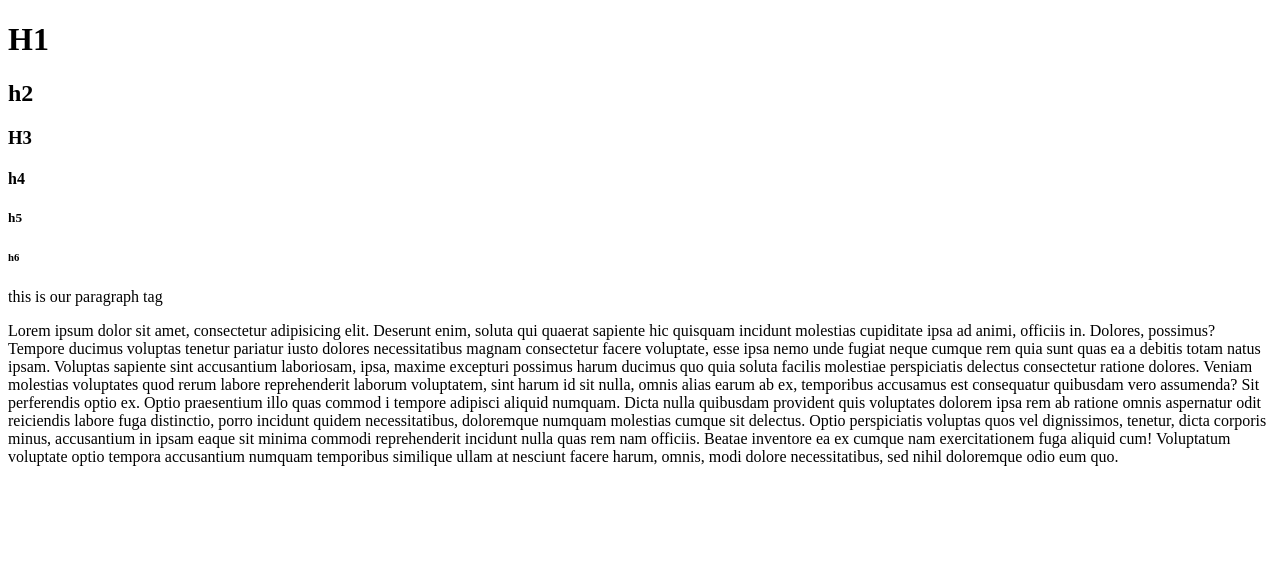
Repository: Ifenna-Pascal/firstRepo
Page: index.html
The author's editor kept a copy of each file at every save. The page is drawn from the files as they stood at one save, then again after the next save.
The browser window is 1280 px wide. The pictures show the whole page.

Above is the page before, as saved 2023-07-14 11:50:13.

### index.html
<!DOCTYPE html>
<html lang="eng">
<head>
<title>Codeville</title>
<meta name="description" content="this is an introduction page site">
<link rel="stylesheet" href="./about/about.css">
<style>
</style>
</head>
<body>
    <!-- THESE ARE OUR HEADER TAGS H1-H6 -->
    <h1>H1</h1>
    <h2>h2</h2>
    <h3>H3</h3>
    <h4>h4</h4>
    <h5>h5</h5>
    <h6>h6</h6>
    <!-- THIS IS OUR PARAGRAPH TAG -->
    <p>this is our paragraph tag</p>
    <article>
        Lorem ipsum dolor sit amet, consectetur adipisicing elit. Deserunt enim,
         soluta qui quaerat sapiente hic quisquam incidunt molestias cupiditate
         ipsa ad animi, officiis in. Dolores, possimus? Tempore ducimus voluptas
          tenetur pariatur iusto dolores necessitatibus magnam consectetur facere
           voluptate, esse ipsa nemo unde fugiat neque cumque rem quia sunt quas ea a debitis totam natus ipsam. Voluptas sapiente sint
            accusantium laboriosam, ipsa, maxime excepturi possimus harum ducimus quo quia soluta facilis molestiae perspiciatis delectus consectetur ratione
             dolores. Veniam molestias voluptates quod rerum labore reprehenderit laborum voluptatem, sint harum id sit nulla, omnis alias earum ab ex, temporibus accusamus est consequatur quibusdam vero assumenda? Sit perferendis optio ex. Optio praesentium illo quas commod
             i tempore adipisci aliquid numquam. Dicta nulla quibusdam provident quis voluptates dolorem ipsa rem ab ratione omnis aspernatur odit reiciendis labore fuga distinctio, porro incidunt quidem necessitatibus, doloremque numquam molestias cumque sit delectus. Optio perspiciatis voluptas quos vel dignissimos, tenetur, dicta corporis minus, accusantium in ipsam eaque sit minima commodi reprehenderit incidunt nulla quas rem nam officiis. Beatae inventore
             ea ex cumque nam exercitationem fuga aliquid cum! Voluptatum voluptate optio tempora accusantium numquam temporibus similique ullam at nesciunt facere harum, omnis, modi dolore
              necessitatibus, sed nihil doloremque odio eum quo.
    </article>
</body>
</html>

Loaded but not shown: about/about.css (no stored copy; drawn as an empty file)

After the next save:
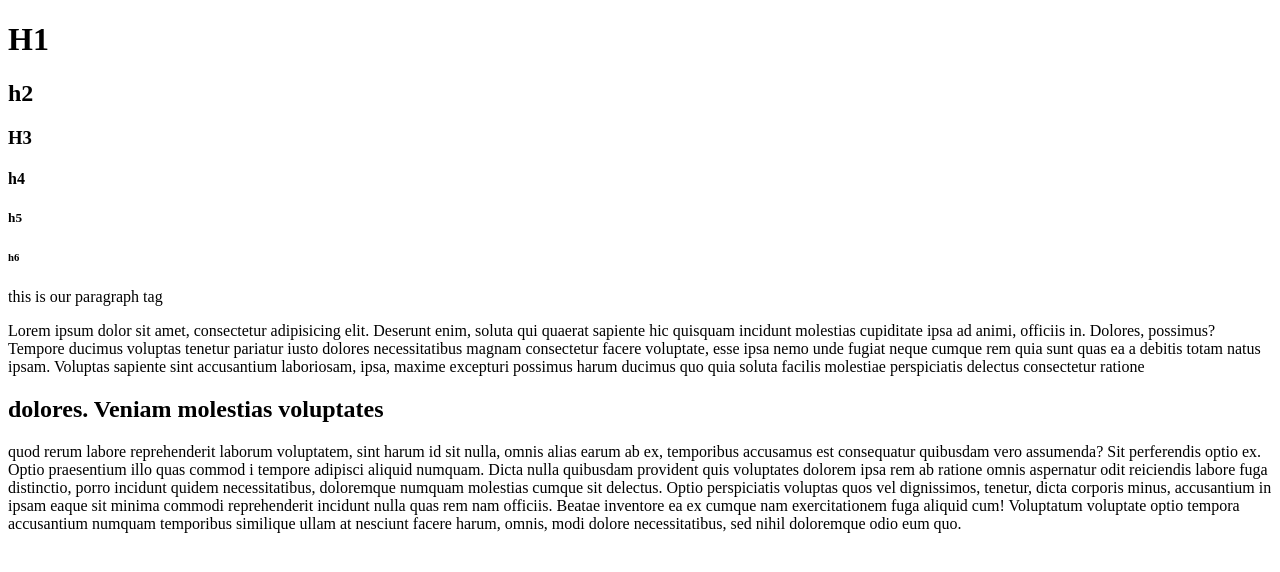
Saved 77 s later.
--- a/index.html
+++ b/index.html
@@ -24,7 +24,7 @@
           tenetur pariatur iusto dolores necessitatibus magnam consectetur facere
            voluptate, esse ipsa nemo unde fugiat neque cumque rem quia sunt quas ea a debitis totam natus ipsam. Voluptas sapiente sint
             accusantium laboriosam, ipsa, maxime excepturi possimus harum ducimus quo quia soluta facilis molestiae perspiciatis delectus consectetur ratione
-             dolores. Veniam molestias voluptates quod rerum labore reprehenderit laborum voluptatem, sint harum id sit nulla, omnis alias earum ab ex, temporibus accusamus est consequatur quibusdam vero assumenda? Sit perferendis optio ex. Optio praesentium illo quas commod
+            <h1> dolores. Veniam molestias voluptates</h1> quod rerum labore reprehenderit laborum voluptatem, sint harum id sit nulla, omnis alias earum ab ex, temporibus accusamus est consequatur quibusdam vero assumenda? Sit perferendis optio ex. Optio praesentium illo quas commod
              i tempore adipisci aliquid numquam. Dicta nulla quibusdam provident quis voluptates dolorem ipsa rem ab ratione omnis aspernatur odit reiciendis labore fuga distinctio, porro incidunt quidem necessitatibus, doloremque numquam molestias cumque sit delectus. Optio perspiciatis voluptas quos vel dignissimos, tenetur, dicta corporis minus, accusantium in ipsam eaque sit minima commodi reprehenderit incidunt nulla quas rem nam officiis. Beatae inventore
              ea ex cumque nam exercitationem fuga aliquid cum! Voluptatum voluptate optio tempora accusantium numquam temporibus similique ullam at nesciunt facere harum, omnis, modi dolore
               necessitatibus, sed nihil doloremque odio eum quo.
